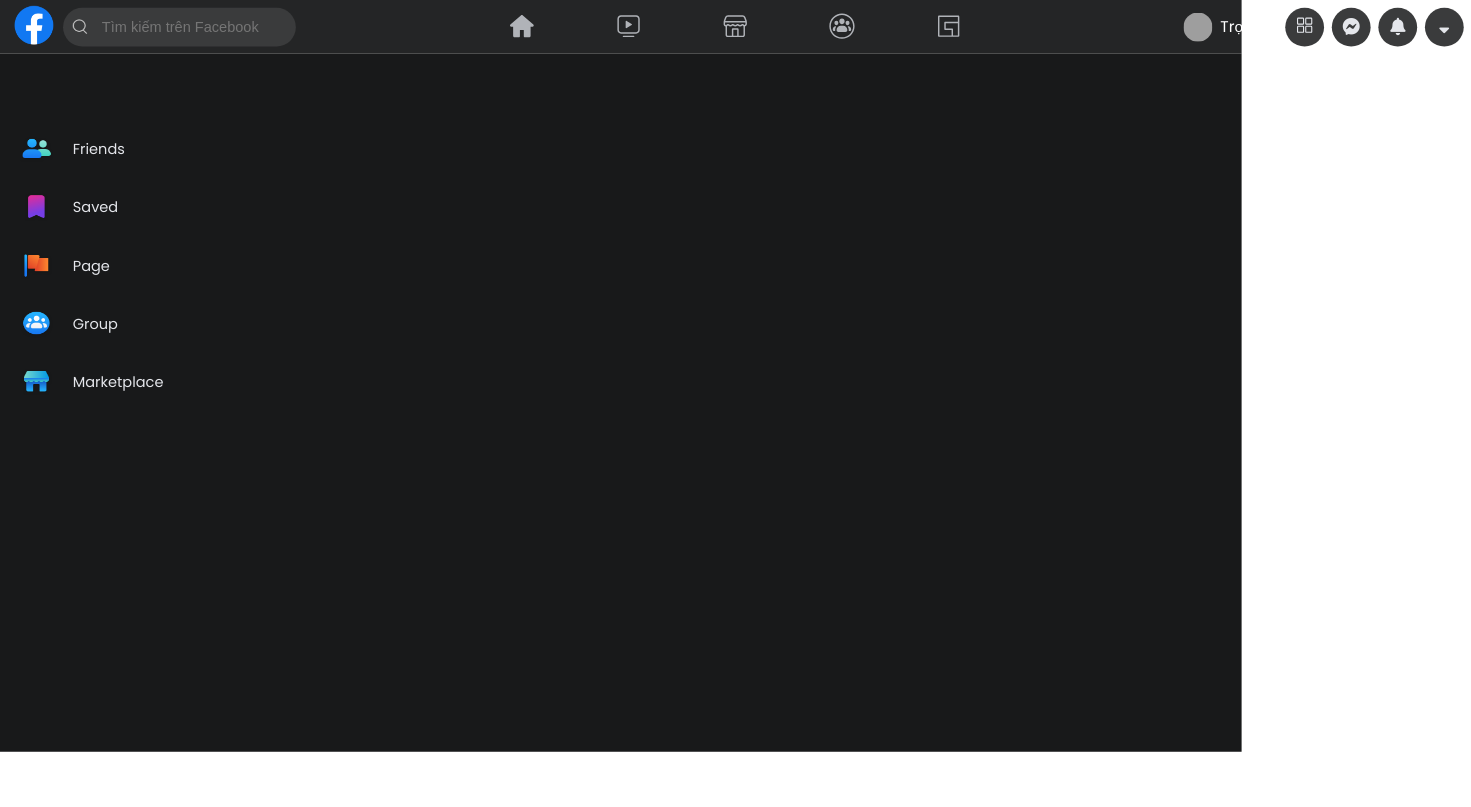
Repository: vanntrong/facebook-clone
Page: index.html
These files come from the project's save history. The page is drawn as it stood at one moment and after the next save; the edit follows.
The browser window is 1280 px wide. The page is 1517 px wide, so the pictures cover 1517 px, including what lies to the right of the window. The pictures show the whole page, at 97% of full size.
Pictures or frames that could not be fetched are drawn as grey boxes.

Above is the page before, as saved 2021-09-08 18:32:04.

### index.html
<!DOCTYPE html>
<html lang="en">
  <head>
    <meta charset="UTF-8" />
    <meta http-equiv="X-UA-Compatible" content="IE=edge" />
    <meta name="viewport" content="width=device-width, initial-scale=1.0" />
    <title>Facebook</title>
    <link rel="stylesheet" href="./assets/css/reset.css" />
    <link rel="stylesheet" href="./assets/css/base.css" />
    <link rel="stylesheet" href="./assets/css/style.css" />
    <link rel="stylesheet" href="./assets/fonts/fontawesome-free-5.15.4-web/css/all.css" />
    <script type="module" src="https://unpkg.com/ionicons@5.5.2/dist/ionicons/ionicons.esm.js"></script>
    <script nomodule src="https://unpkg.com/ionicons@5.5.2/dist/ionicons/ionicons.js"></script>
    <style>
      @import url("https://fonts.googleapis.com/css2?family=Poppins:wght@300;400;500;600;700&display=swap");
    </style>
  </head>
  <body>
    <!-- header -->
    <header class="header">
      <div class="header__nav-left">
        <div class="header__logo">
          <a href="" class="header__logo-link">
            <img src="./assets/images/logo.png" alt="Logo Facebook" class="header__logo-img" />
          </a>
        </div>
        <div class="header__search">
          <img src="./assets/images/search.png" class="header__search-img" />
          <input type="text" class="header__search-input" placeholder="Tìm kiếm trên Facebook" />
        </div>
      </div>

      <div class="header__nav-center">
        <ul class="header__nav-list">
          <li class="header__nav-item">
            <div class="header-item-link">
              <a href="#" class="header-item-icon">
                <svg viewBox="0 0 28 28" class="a8c37x1j ms05siws hwsy1cff b7h9ocf4 aaxa7vy3" height="28" width="28">
                  <path
                    d="M25.825 12.29C25.824 12.289 25.823 12.288 25.821 12.286L15.027 2.937C14.752 2.675 14.392 2.527 13.989 2.521 13.608 2.527 13.248 2.675 13.001 2.912L2.175 12.29C1.756 12.658 1.629 13.245 1.868 13.759 2.079 14.215 2.567 14.479 3.069 14.479L5 14.479 5 23.729C5 24.695 5.784 25.479 6.75 25.479L11 25.479C11.552 25.479 12 25.031 12 24.479L12 18.309C12 18.126 12.148 17.979 12.33 17.979L15.67 17.979C15.852 17.979 16 18.126 16 18.309L16 24.479C16 25.031 16.448 25.479 17 25.479L21.25 25.479C22.217 25.479 23 24.695 23 23.729L23 14.479 24.931 14.479C25.433 14.479 25.921 14.215 26.132 13.759 26.371 13.245 26.244 12.658 25.825 12.29"
                  ></path>
                </svg>
              </a>
            </div>
          </li>
          <li class="header__nav-item">
            <div class="header-item-link">
              <a href="#" class="header-item-icon">
                <svg viewBox="0 0 28 28" class="a8c37x1j ms05siws hwsy1cff b7h9ocf4 em6zcovv" height="28" width="28">
                  <path
                    d="M8.75 25.25C8.336 25.25 8 24.914 8 24.5 8 24.086 8.336 23.75 8.75 23.75L19.25 23.75C19.664 23.75 20 24.086 20 24.5 20 24.914 19.664 25.25 19.25 25.25L8.75 25.25ZM17.163 12.846 12.055 15.923C11.591 16.202 11 15.869 11 15.327L11 9.172C11 8.631 11.591 8.297 12.055 8.576L17.163 11.654C17.612 11.924 17.612 12.575 17.163 12.846ZM21.75 20.25C22.992 20.25 24 19.242 24 18L24 6.5C24 5.258 22.992 4.25 21.75 4.25L6.25 4.25C5.008 4.25 4 5.258 4 6.5L4 18C4 19.242 5.008 20.25 6.25 20.25L21.75 20.25ZM21.75 21.75 6.25 21.75C4.179 21.75 2.5 20.071 2.5 18L2.5 6.5C2.5 4.429 4.179 2.75 6.25 2.75L21.75 2.75C23.821 2.75 25.5 4.429 25.5 6.5L25.5 18C25.5 20.071 23.821 21.75 21.75 21.75Z"
                  ></path>
                </svg>
              </a>
            </div>
          </li>
          <li class="header__nav-item">
            <div class="header-item-link">
              <a href="#" class="header-item-icon">
                <svg viewBox="0 0 28 28" class="a8c37x1j ms05siws hwsy1cff b7h9ocf4 em6zcovv" height="28" width="28">
                  <path
                    d="M17.5 23.75 21.75 23.75C22.164 23.75 22.5 23.414 22.5 23L22.5 14 22.531 14C22.364 13.917 22.206 13.815 22.061 13.694L21.66 13.359C21.567 13.283 21.433 13.283 21.34 13.36L21.176 13.497C20.591 13.983 19.855 14.25 19.095 14.25L18.869 14.25C18.114 14.25 17.382 13.987 16.8 13.506L16.616 13.354C16.523 13.278 16.39 13.278 16.298 13.354L16.113 13.507C15.53 13.987 14.798 14.25 14.044 14.25L13.907 14.25C13.162 14.25 12.439 13.994 11.861 13.525L11.645 13.35C11.552 13.275 11.419 13.276 11.328 13.352L11.155 13.497C10.57 13.984 9.834 14.25 9.074 14.25L8.896 14.25C8.143 14.25 7.414 13.989 6.832 13.511L6.638 13.351C6.545 13.275 6.413 13.275 6.32 13.351L5.849 13.739C5.726 13.84 5.592 13.928 5.452 14L5.5 14 5.5 23C5.5 23.414 5.836 23.75 6.25 23.75L10.5 23.75 10.5 17.5C10.5 16.81 11.06 16.25 11.75 16.25L16.25 16.25C16.94 16.25 17.5 16.81 17.5 17.5L17.5 23.75ZM3.673 8.75 24.327 8.75C24.3 8.66 24.271 8.571 24.238 8.483L23.087 5.355C22.823 4.688 22.178 4.25 21.461 4.25L6.54 4.25C5.822 4.25 5.177 4.688 4.919 5.338L3.762 8.483C3.729 8.571 3.7 8.66 3.673 8.75ZM24.5 10.25 3.5 10.25 3.5 12C3.5 12.414 3.836 12.75 4.25 12.75L4.421 12.75C4.595 12.75 4.763 12.69 4.897 12.58L5.368 12.193C6.013 11.662 6.945 11.662 7.59 12.193L7.784 12.352C8.097 12.609 8.49 12.75 8.896 12.75L9.074 12.75C9.483 12.75 9.88 12.607 10.194 12.345L10.368 12.2C11.01 11.665 11.941 11.659 12.589 12.185L12.805 12.359C13.117 12.612 13.506 12.75 13.907 12.75L14.044 12.75C14.45 12.75 14.844 12.608 15.158 12.35L15.343 12.197C15.989 11.663 16.924 11.663 17.571 12.197L17.755 12.35C18.068 12.608 18.462 12.75 18.869 12.75L19.095 12.75C19.504 12.75 19.901 12.606 20.216 12.344L20.38 12.208C21.028 11.666 21.972 11.666 22.62 12.207L23.022 12.542C23.183 12.676 23.387 12.75 23.598 12.75 24.097 12.75 24.5 12.347 24.5 11.85L24.5 10.25ZM24 14.217 24 23C24 24.243 22.993 25.25 21.75 25.25L6.25 25.25C5.007 25.25 4 24.243 4 23L4 14.236C2.875 14.112 2 13.158 2 12L2 9.951C2 9.272 2.12 8.6 2.354 7.964L3.518 4.802C4.01 3.563 5.207 2.75 6.54 2.75L21.461 2.75C22.793 2.75 23.99 3.563 24.488 4.819L25.646 7.964C25.88 8.6 26 9.272 26 9.951L26 11.85C26 13.039 25.135 14.026 24 14.217ZM16 23.75 16 17.75 12 17.75 12 23.75 16 23.75Z"
                  ></path>
                </svg>
              </a>
            </div>
          </li>
          <li class="header__nav-item">
            <div class="header-item-link">
              <a href="#" class="header-item-icon">
                <svg viewBox="0 0 28 28" class="a8c37x1j ms05siws hwsy1cff b7h9ocf4 em6zcovv" height="28" width="28">
                  <path
                    d="M25.5 14C25.5 7.649 20.351 2.5 14 2.5 7.649 2.5 2.5 7.649 2.5 14 2.5 20.351 7.649 25.5 14 25.5 20.351 25.5 25.5 20.351 25.5 14ZM27 14C27 21.18 21.18 27 14 27 6.82 27 1 21.18 1 14 1 6.82 6.82 1 14 1 21.18 1 27 6.82 27 14ZM7.479 14 7.631 14C7.933 14 8.102 14.338 7.934 14.591 7.334 15.491 6.983 16.568 6.983 17.724L6.983 18.221C6.983 18.342 6.99 18.461 7.004 18.578 7.03 18.802 6.862 19 6.637 19L6.123 19C5.228 19 4.5 18.25 4.5 17.327 4.5 15.492 5.727 14 7.479 14ZM20.521 14C22.274 14 23.5 15.492 23.5 17.327 23.5 18.25 22.772 19 21.878 19L21.364 19C21.139 19 20.97 18.802 20.997 18.578 21.01 18.461 21.017 18.342 21.017 18.221L21.017 17.724C21.017 16.568 20.667 15.491 20.067 14.591 19.899 14.338 20.067 14 20.369 14L20.521 14ZM8.25 13C7.147 13 6.25 11.991 6.25 10.75 6.25 9.384 7.035 8.5 8.25 8.5 9.465 8.5 10.25 9.384 10.25 10.75 10.25 11.991 9.353 13 8.25 13ZM19.75 13C18.647 13 17.75 11.991 17.75 10.75 17.75 9.384 18.535 8.5 19.75 8.5 20.965 8.5 21.75 9.384 21.75 10.75 21.75 11.991 20.853 13 19.75 13ZM15.172 13.5C17.558 13.5 19.5 15.395 19.5 17.724L19.5 18.221C19.5 19.202 18.683 20 17.677 20L10.323 20C9.317 20 8.5 19.202 8.5 18.221L8.5 17.724C8.5 15.395 10.441 13.5 12.828 13.5L15.172 13.5ZM16.75 9C16.75 10.655 15.517 12 14 12 12.484 12 11.25 10.655 11.25 9 11.25 7.15 12.304 6 14 6 15.697 6 16.75 7.15 16.75 9Z"
                  ></path>
                </svg>
              </a>
            </div>
          </li>
          <li class="header__nav-item">
            <div class="header-item-link">
              <a href="#" class="header-item-icon">
                <svg viewBox="0 0 28 28" class="a8c37x1j ms05siws hwsy1cff b7h9ocf4 em6zcovv" height="28" width="28">
                  <path
                    d="M23.5 9.5H10.25a.75.75 0 00-.75.75v7c0 .414.336.75.75.75H17v5.5H4.5v-19h19v5zm0 14h-5v-6.25a.75.75 0 00-.75-.75H11V11h12.5v12.5zm1.5.25V4.25C25 3.561 24.439 3 23.75 3H4.25C3.561 3 3 3.561 3 4.25v19.5c0 .689.561 1.25 1.25 1.25h19.5c.689 0 1.25-.561 1.25-1.25z"
                  ></path>
                </svg>
              </a>
            </div>
          </li>
        </ul>
      </div>

      <div class="header__nav-right">
        <div class="header__nav-user">
          <img
            src="https://scontent.fsgn8-1.fna.fbcdn.net/v/t1.6435-1/p240x240/210197760_1699894010195731_8413836282276662202_n.jpg?_nc_cat=108&ccb=1-5&_nc_sid=7206a8&_nc_ohc=VyKzTsO_4DMAX9YWiV5&tn=ZfnwPn3exKDbVvbU&_nc_ht=scontent.fsgn8-1.fna&oh=88a15a829e8b30a39c7311926931e93a&oe=615D2151"
            class="header__nav-user-img"
          />
          <span class="header__nav-user-name">Trọng</span>
        </div>
        <div class="header__nav-menu">
          <ul class="header-menu-list">
            <li class="header-menu-item">
              <div class="header-menu-link">
                <a href="#" class="header-menu-icon">
                  <ion-icon name="grid-outline"></ion-icon>
                </a>
              </div>
            </li>
            <li class="header-menu-item">
              <div class="header-menu-link">
                <a href="#" class="header-menu-icon">
                  <i class="fab fa-facebook-messenger"></i>
                </a>
              </div>
            </li>
            <li class="header-menu-item">
              <div class="header-menu-link">
                <a href="#" class="header-menu-icon">
                  <i class="fas fa-bell"></i>
                </a>
              </div>
            </li>
            <li class="header-menu-item">
              <div class="header-menu-link">
                <a href="#" class="header-menu-icon">
                  <i class="fas fa-sort-down"></i>
                </a>
              </div>
            </li>
          </ul>
        </div>
      </div>
    </header>

    <!-- container -->
    <div class="app__container">
      <!-- left-sidebar -->
      <div class="left-sidebar">
        <div class="imp-links">
          <a href="#"><img src="./assets/images/friends.png" />Friends</a>
          <a href="#"><img src="./assets/images/saved.png" />Saved</a>
          <a href="#"><img src="./assets/images/pages.png" />Page</a>
          <a href="#"><img src="./assets/images/group.png" />Group</a>
          <a href="#"><img src="./assets/images/marketplace.png" />Marketplace</a>
        </div>
      </div>
      <div class="main-content"></div>
      <div class="right-sidebar"></div>
    </div>

    <footer class="footer"></footer>
  </body>
</html>

### assets/css/base.css
:root {
  --primary-color: #242526;
}

html {
  font-family: "Poppins", sans-serif;
}

* {
  box-sizing: border-box;
}

### assets/css/style.css
.header {
  display: flex;
  align-items: center;
  height: 55px;
  background-color: var(--primary-color);
}

.header__nav-left {
  display: flex;
  align-items: center;
  height: 100%;
}

.header__logo {
  margin-left: 15px;
  margin-right: 10px;
}

.header__logo-link {
  text-decoration: none;
  color: transparent;
}

.header__logo-img {
  width: 40px;
  height: 40px;
}

.header__search {
  background-color: #3a3b3c;
  width: 240px;
  height: 40px;
  border-radius: 20px;
  display: flex;
  align-items: center;
  color: #9ea1a6;
}
.header__search-img {
  width: 15px;
  margin: 10px;
}
.header__search-input {
  width: 100%;
  color: #fff;
  font-weight: 300;
  font-size: 15px;
  background-color: transparent;
  outline: none;
  padding: 0 5px;
  border: 0;
}

.header__nav-center {
  width: 545px;
  height: 100%;
  margin: 0 160px;
}

.header__nav-list {
  display: flex;
  align-items: center;
  list-style: none;
  height: 100%;
}

.header__nav-item {
  width: 110px;
  height: 100%;
  padding: 0 20px;
}

.header-item-link {
  width: 105px;
  height: 53px;
  align-items: center;
  justify-content: center;
  transition: height linear 0.1s;
}

.header-item-link:hover {
  background-color: #4d4c4c;
  border-radius: 10px;
}

.header-item-icon {
  color: #fff;
  fill: #b0b3b8;
  width: 100%;
  height: 100%;
  display: flex;
  align-items: center;
  justify-content: center;
}

.header__nav-right {
  display: flex;
  align-items: center;
  flex: 1;
  height: 100%;
  margin-left: 50px;
}

.header__nav-user {
  display: flex;
  align-items: center;
  margin-right: 20px;
  width: 85px;
  height: 40px;
}

.header__nav-user:hover {
  background-color: #3a3b3c;
  border-radius: 20px;
}

.header__nav-user-img {
  width: 30px;
  height: 30px;
  border-radius: 50%;
}

.header__nav-user-name {
  color: #fff;
  font-size: 16px;
  padding-left: 8px;
  cursor: pointer;
}

.header__nav-menu {
}

.header-menu-list {
  display: flex;
  align-items: center;
  justify-content: space-between;
}

.header-menu-link {
  display: flex;
  align-items: center;
  justify-content: center;
  font-size: 18px;
  margin: 0 8px 0 0;
  background-color: #3a3b3c;
  width: 40px;
  height: 40px;
  border-radius: 50%;
}

.header-menu-link:hover {
  background-color: #595b5c;
}

.header-menu-icon {
  color: #e4e6eb;
  display: block;
}

/* container */
.app__container {
  display: flex;
  justify-content: space-between;
  padding: 13px 0;
  background-color: #18191a;
  height: 100vh;
}

.left-sidebar {
  flex-basis: 25%;
  position: relative;
  top: 70px;
}

.imp-links {
  display: flex;
  flex-direction: column;
}

.imp-links a {
  font-size: 15px;
  color: #e4e6eb;
  text-decoration: none;
  margin-bottom: 30px;
  display: flex;
  align-items: center;
}

.imp-links a img {
  width: 35px;
  height: 30px;
  margin: 0 20px;
}

.main-content {
  flex-basis: 47%;
}

.right-sidebar {
  flex-basis: 25%;
}

Loaded but not shown: assets/css/reset.css (common file); assets/fonts/fontawesome-free-5.15.4-web/css/all.css (library)

After the next save:
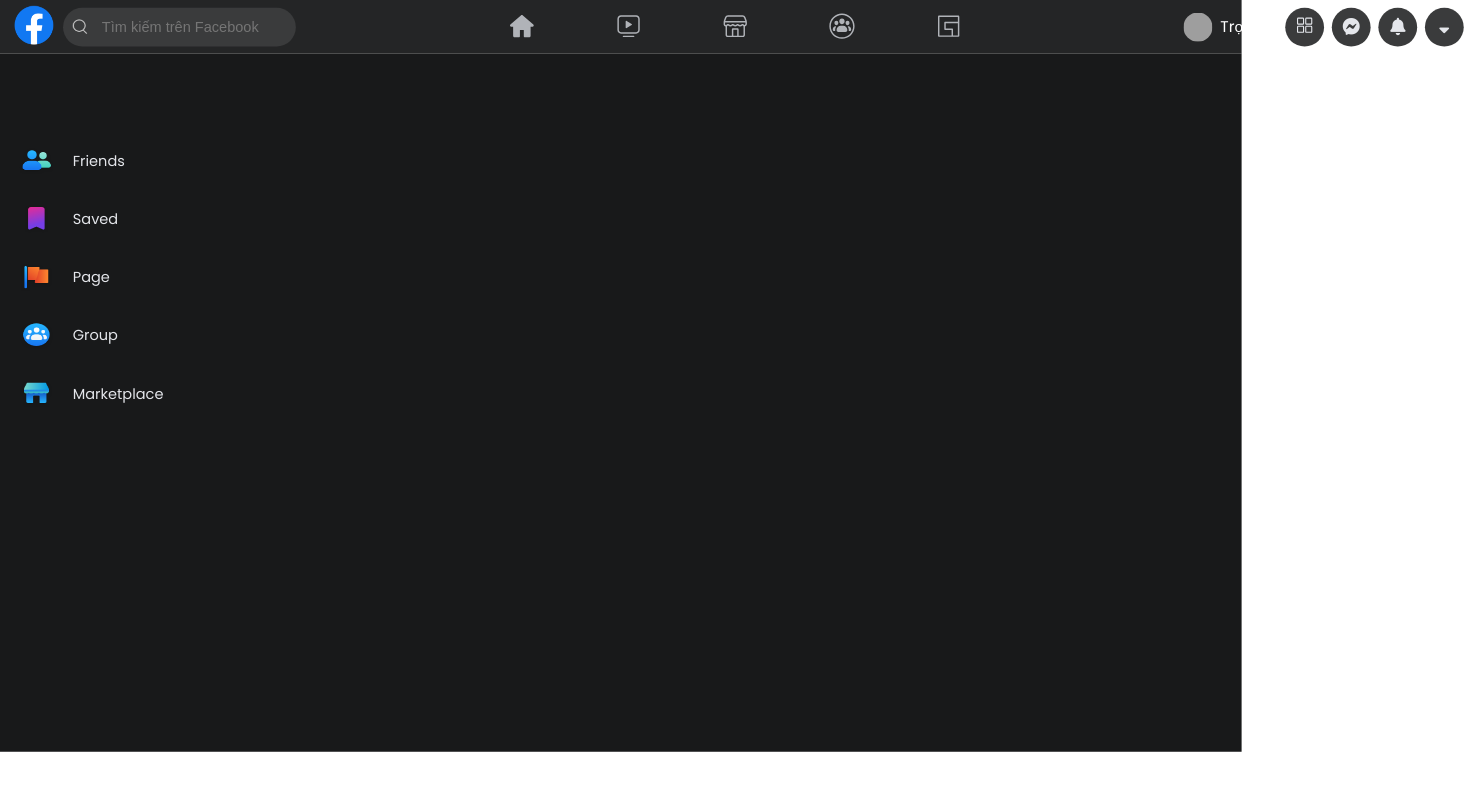
Saved 43 s later.
--- a/assets/css/style.css
+++ b/assets/css/style.css
@@ -160,7 +160,7 @@
 .app__container {
   display: flex;
   justify-content: space-between;
-  padding: 13px 0;
+  padding: 25px 0;
   background-color: #18191a;
   height: 100vh;
 }
